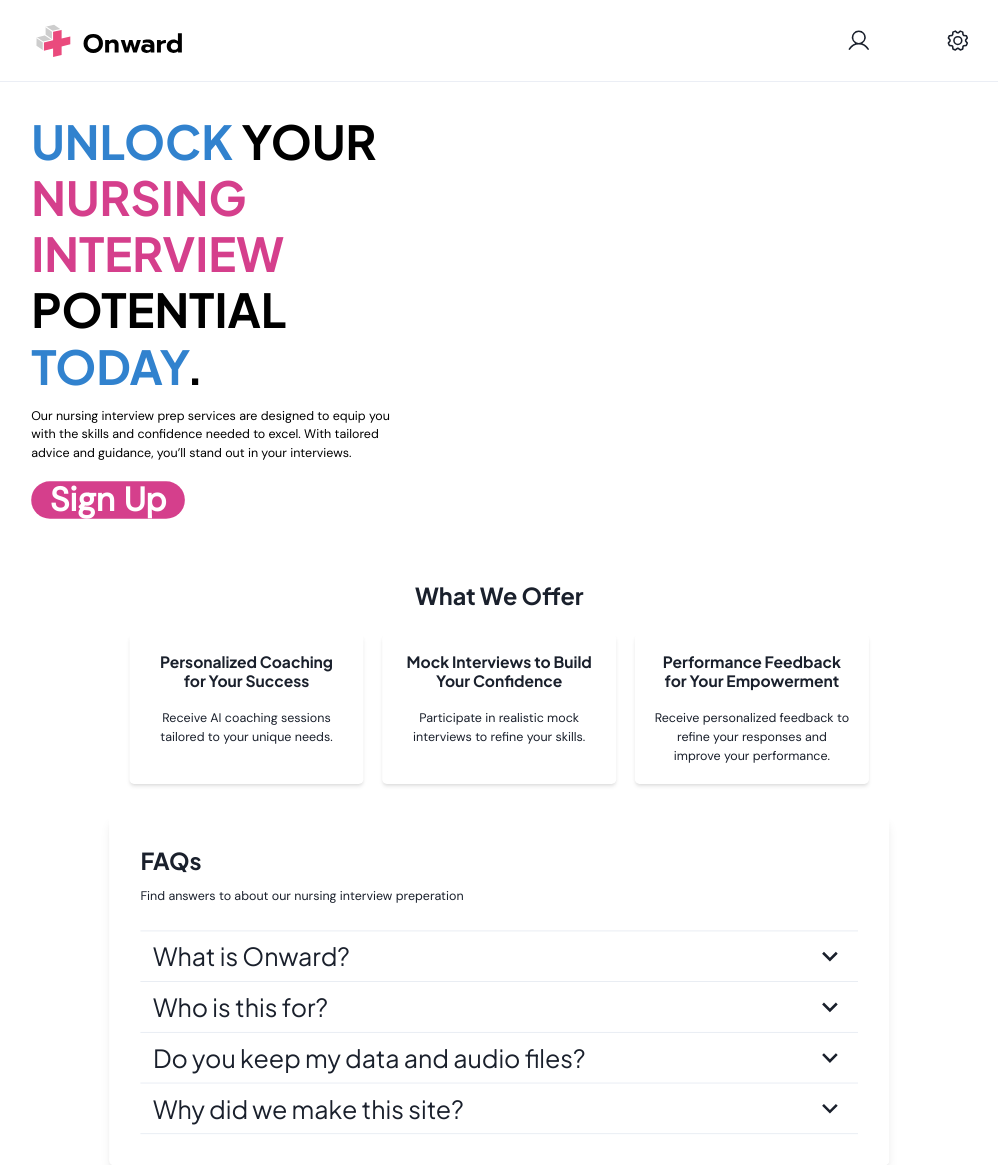
Repository: Aladdin3r/onward
Page: /landing-page
An editor plug-in stored every save of this project. The page is shown before and after the next save, followed by the edit.
The browser window is 1280 px wide. The pictures show the whole page, at 78% of full size.
The project was rebuilt for these pictures with package versions that can differ from the ones it lists, and the page was loaded fresh each time. The framework's server and built-in components were replaced by stand-ins that run in the browser. Also part of the build but not shown: next.config.mjs, styles/components/AppTopNav.js, styles/components/Layout.js.

Above is the page before, as saved 2024-10-29 01:44:26.

After the next save:
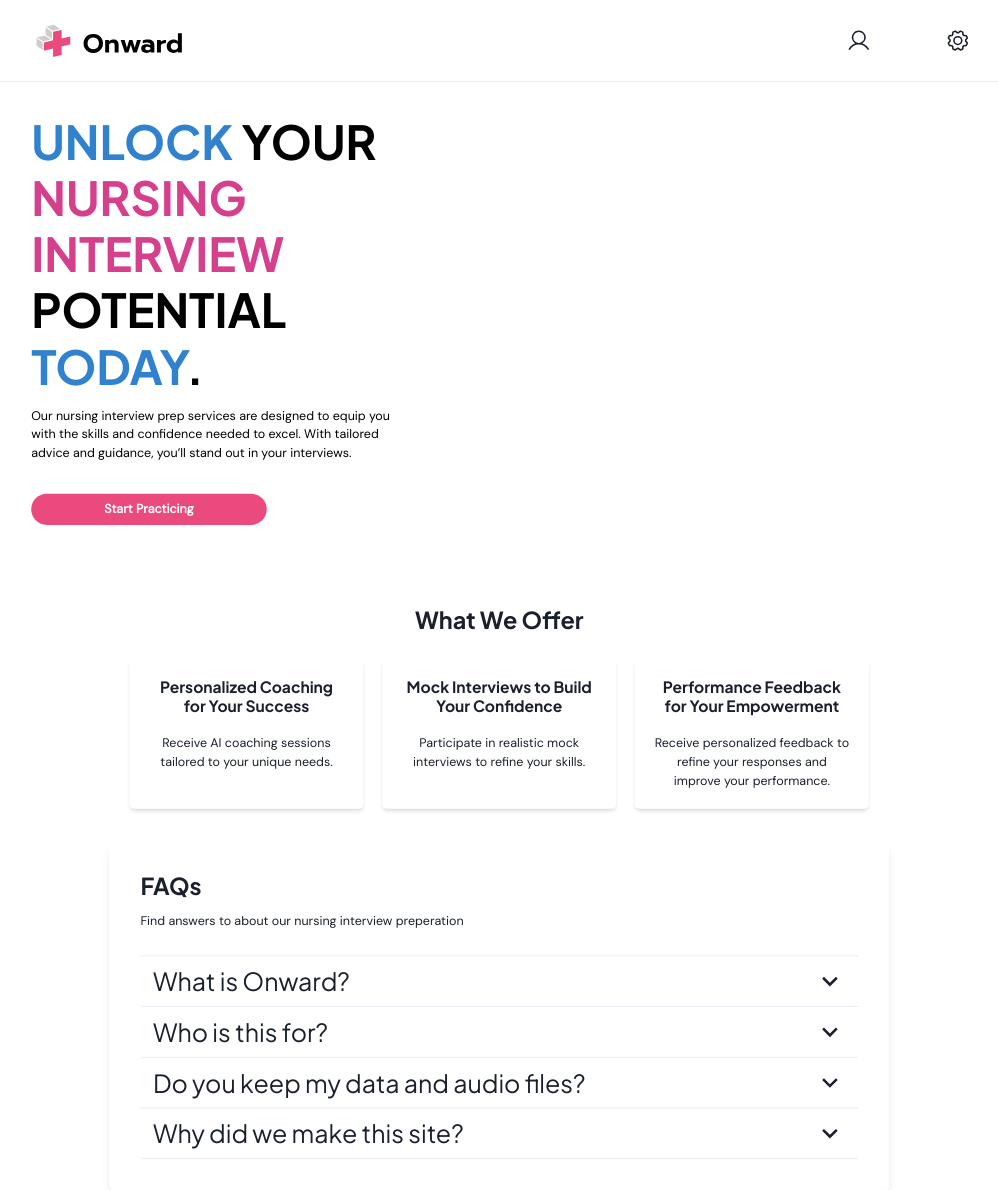
Saved 5 min 32 s later.
--- a/pages/landing-page.js
+++ b/pages/landing-page.js
@@ -42,7 +42,21 @@ import {
           <Text fontFamily="body" fontSize="x" color="black" mb={6} width="40%">
             Our nursing interview prep services are designed to equip you with the skills and confidence needed to excel. With tailored advice and guidance, you’ll stand out in your interviews.
           </Text>
-          <Button colorScheme="pink" size="lg" onClick={handleSignUp}>Sign Up</Button>
+          <Button
+            mt="2"
+            bg="#EA4A7D"
+            color="#FFFFFF"
+            width="100%"
+            maxW="302px"
+            fontWeight="semibold"
+            fontSize="16px"
+            borderRadius="full"
+            px="6"
+            mb="6"
+            mt="10"
+          >
+            Start Practicing
+          </Button>
         </Box>
 
         {/* What We Offer Section */}
